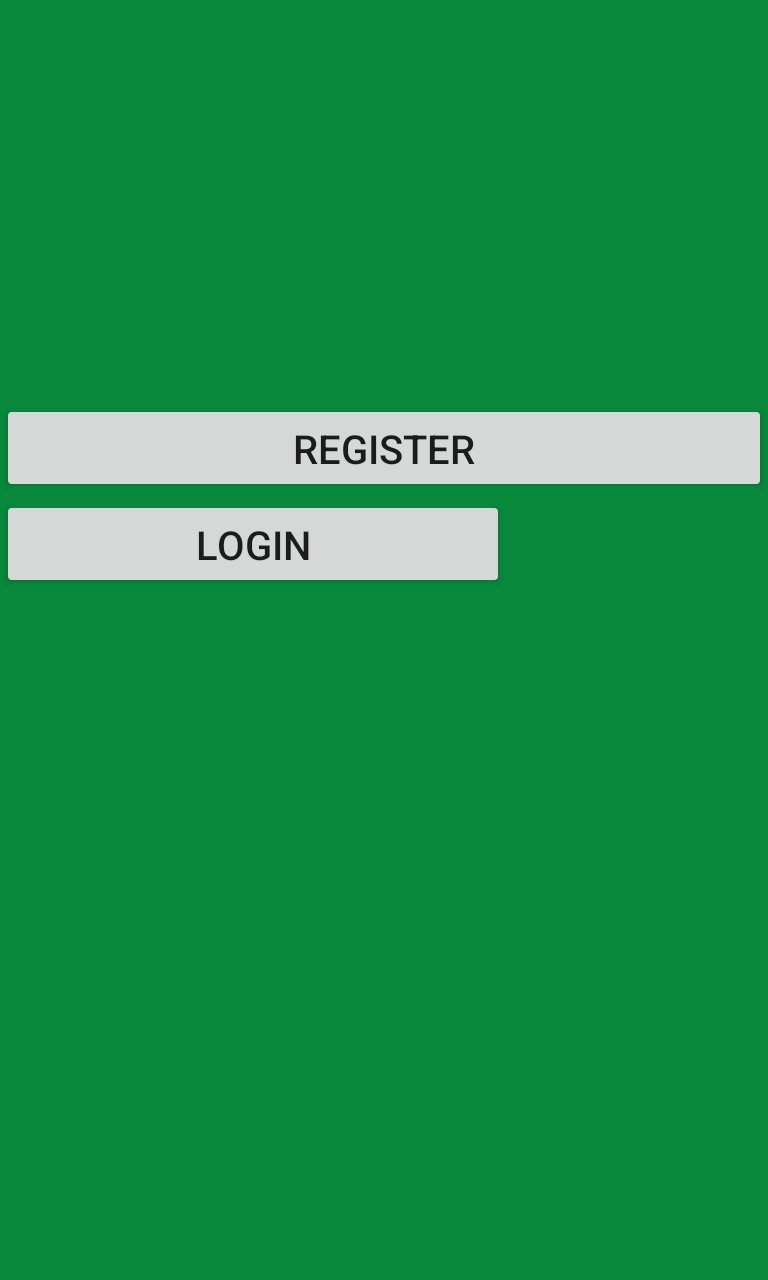
Repository: janemuthoni/icon
Layout: Exam/res/layout/welcome.xml
The author's editor kept a copy of each file at every save. The layout is drawn from the files as they stood at one save, then again after the next save.
It is drawn on a 768 x 1280 px phone screen (xhdpi) without system bars, with theme AppTheme; the app's code is not run.

Above is the layout before, as saved 2014-08-07 07:54:44.

### Exam/res/layout/welcome.xml
<?xml version="1.0" encoding="utf-8"?>
<LinearLayout xmlns:android="http://schemas.android.com/apk/res/android"
    android:layout_width="match_parent"
    android:layout_height="match_parent"
    android:orientation="vertical"
    android:background="@color/greengrass">

    <Button
        android:id="@+id/buttonregister"
        android:layout_width="244dp"
        android:layout_height="wrap_content"
        android:layout_marginTop="200dp"
        android:maxWidth="100dp"
        android:layout_width="fill_parent"
        android:text="@string/buttonregister"
        android:textSize="20sp"/>

    <Button
        android:id="@+id/buttonlogin"
        android:layout_width="253dp"
        android:layout_height="wrap_content"
        android:text="@string/buttonLogin"
        android:maxWidth="100dp"
        android:textSize="20sp" />

</LinearLayout>

### Exam/res/values/color.xml
<?xml version="1.0" encoding="utf-8"?>
<resources>
     <color name="grey">#A49F99</color>
      <color name="blue">#170674</color>
      <color name="green">#C81B1B</color>
      <color name="lightgreen">#7FDC33</color>
      <color name="darkgrey">#666D61</color>
      <color name="white">#FFFFFF</color>
      <color name="black">#1F1D1D</color>
      <color name="pink">#E1FBA2F7</color>
      <color name="lightgrey">#EBE0E3</color>
      <color name="cyan">#5CAD7C</color>
      <color name="greengrass">#08893C</color>
      <color name="yellow">#FDFF4F</color>
      <color name="violet">#7D0E2F</color>


</resources>

### Exam/res/values/strings.xml
<?xml version="1.0" encoding="utf-8"?>
<resources>

    <string name="app_name">Exam</string>
    <string name="hello_world">Hello world!</string>
    <string name="action_settings">Settings</string>
    <string name="firstname">firstname</string>
    <string name="email">email</string>
    <string name="idnumber">idnumber</string>
    <string name="password">password</string>
    <string name="Username">username</string>
    <string name="buttonregister">Register</string>
    <string name="buttonLogin">Login</string>
    <string name="buttonback">back</string>
    <string name="btndisplay">display</string>
    <string name="title_activity_register">RegisterActivity</string>
    <string name="title_activity_main">MainActivity</string>

</resources>

Loaded but not shown: Exam/res/values/styles.xml (common file); Exam/res/values-v11/styles.xml (common file); Exam/res/values-v14/styles.xml (common file)

After the next save:
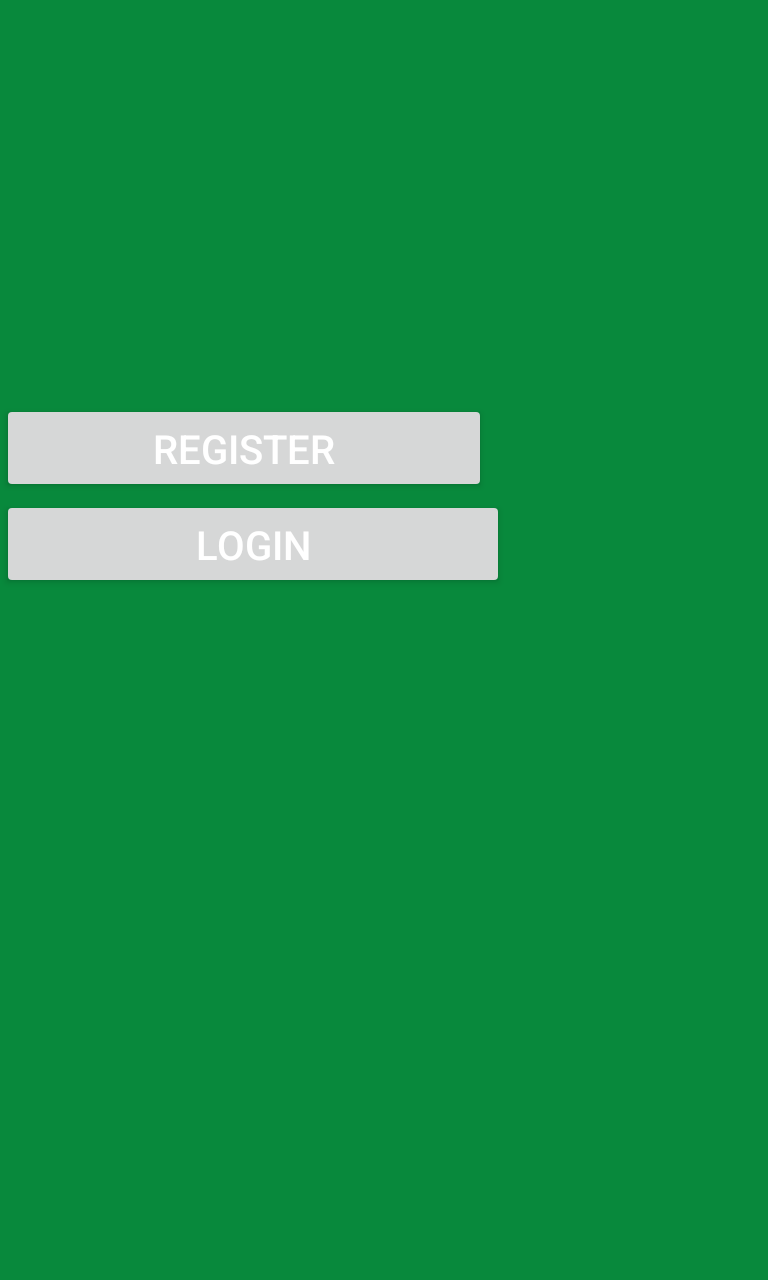
Saved 52 s later.
--- a/Exam/res/layout/welcome.xml
+++ b/Exam/res/layout/welcome.xml
@@ -11,9 +11,9 @@
         android:layout_height="wrap_content"
         android:layout_marginTop="200dp"
         android:maxWidth="100dp"
-        android:layout_width="fill_parent"
         android:text="@string/buttonregister"
-        android:textSize="20sp"/>
+        android:textSize="20sp"
+        android:textColor="@color/white" />
 
     <Button
         android:id="@+id/buttonlogin"
@@ -21,6 +21,7 @@
         android:layout_height="wrap_content"
         android:text="@string/buttonLogin"
         android:maxWidth="100dp"
-        android:textSize="20sp" />
+        android:textSize="20sp"
+        android:textColor="@color/white"/>
 
 </LinearLayout>
